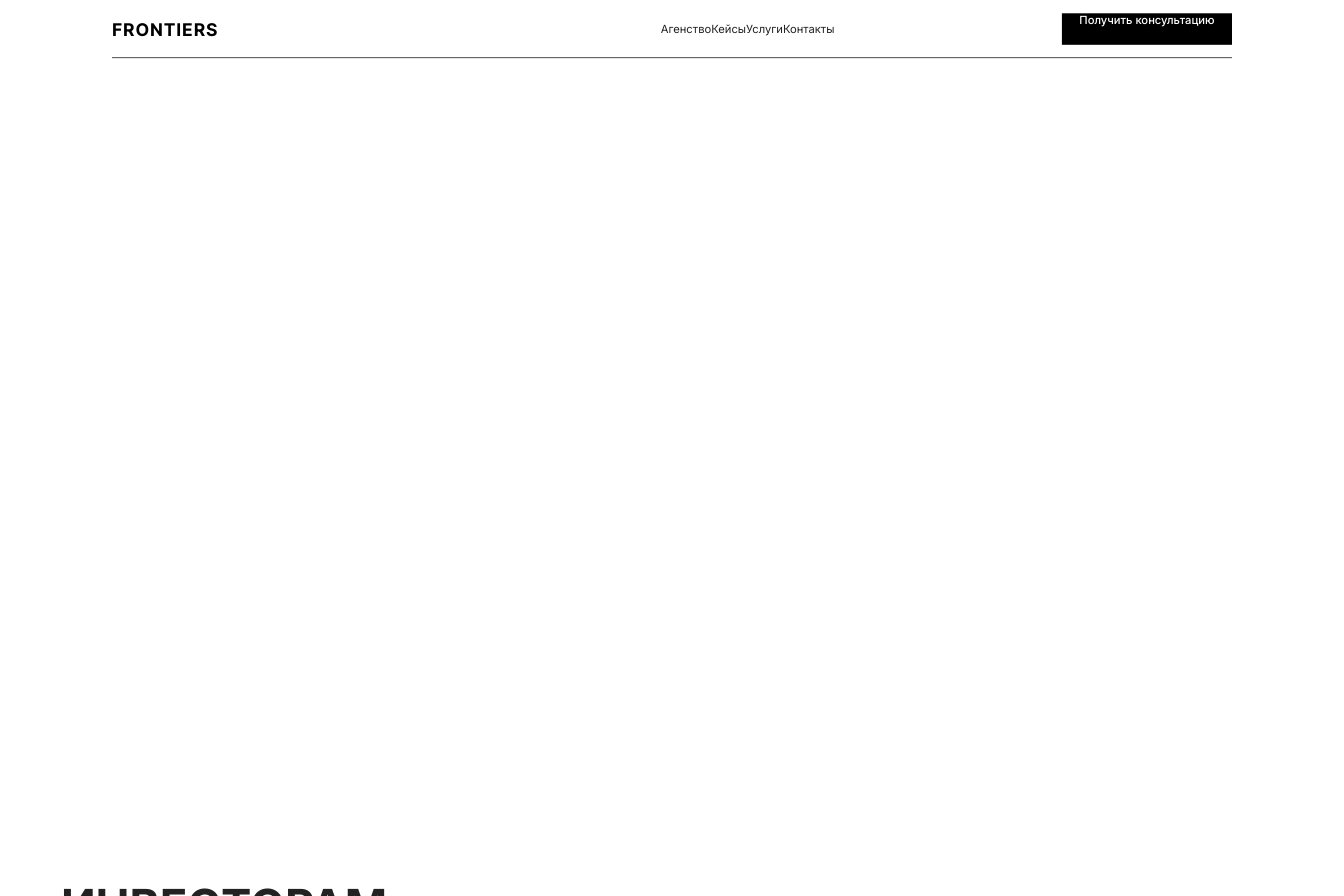
Repository: NadyaKorvin/frontiers
Page: /
These files come from the project's save history. The page is drawn as it stood at one moment and after the next save; the edit follows.
The browser window is 1280 px wide. The page is 1920 px wide, so the pictures cover 1920 px, including what lies to the right of the window. The pictures show the part of the page from y = 0 to 1280 px (the page is 1728 px tall), at 70% of full size.
The project was rebuilt for these pictures with package versions that can differ from the ones it lists, and the page was loaded fresh each time.

Above is the page before, as saved 2022-05-23 03:41:00.

After the next save:
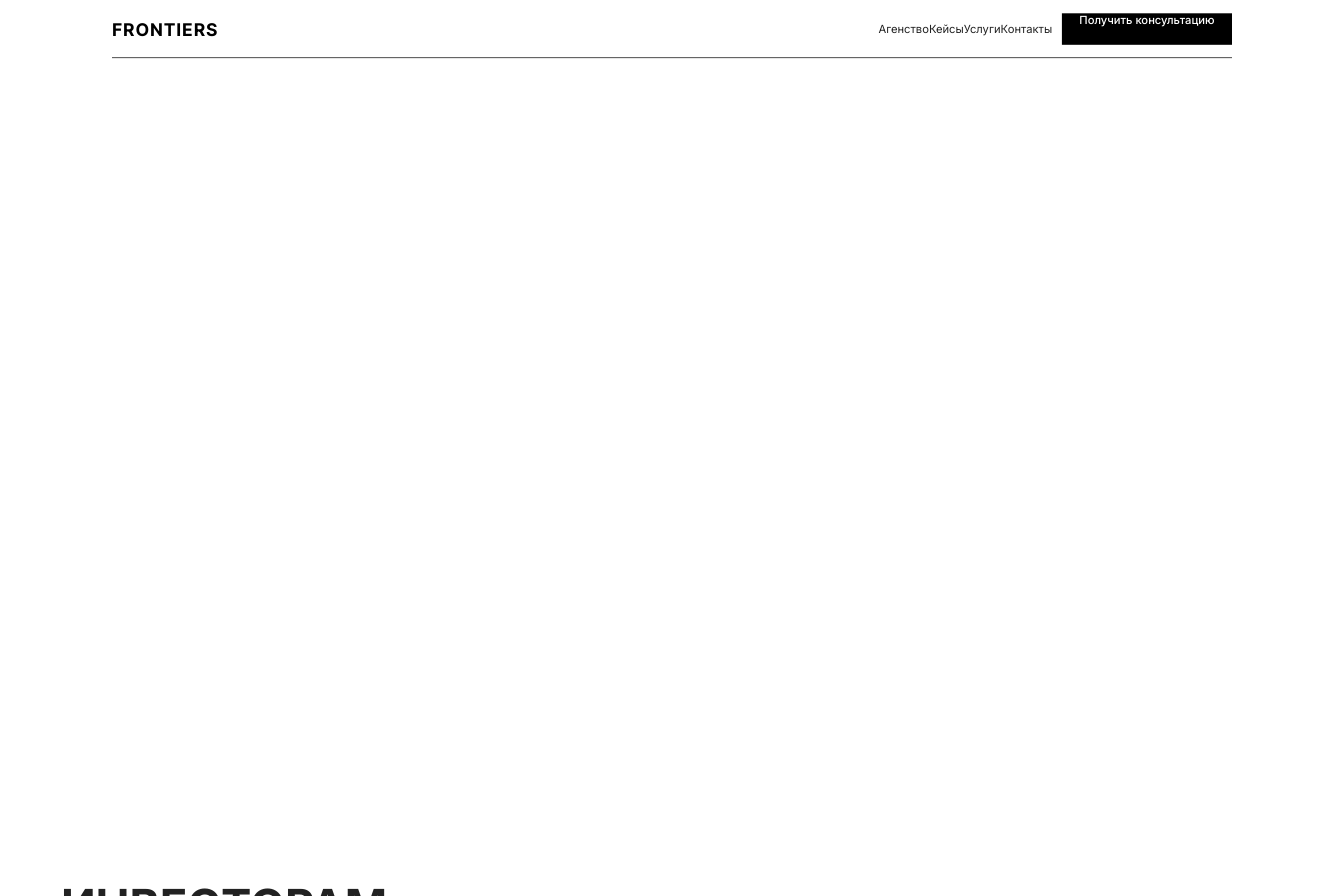
Saved 15 s later.
--- a/src/components/firstScreen/FirstScreen.module.css
+++ b/src/components/firstScreen/FirstScreen.module.css
@@ -29,7 +29,7 @@
 .nav__sidebar {
   display: flex;
   padding-top: 33px;
-  padding-left: 633px;
+  padding-left: 944px;
 }
 
 .button {

After the save that followed:
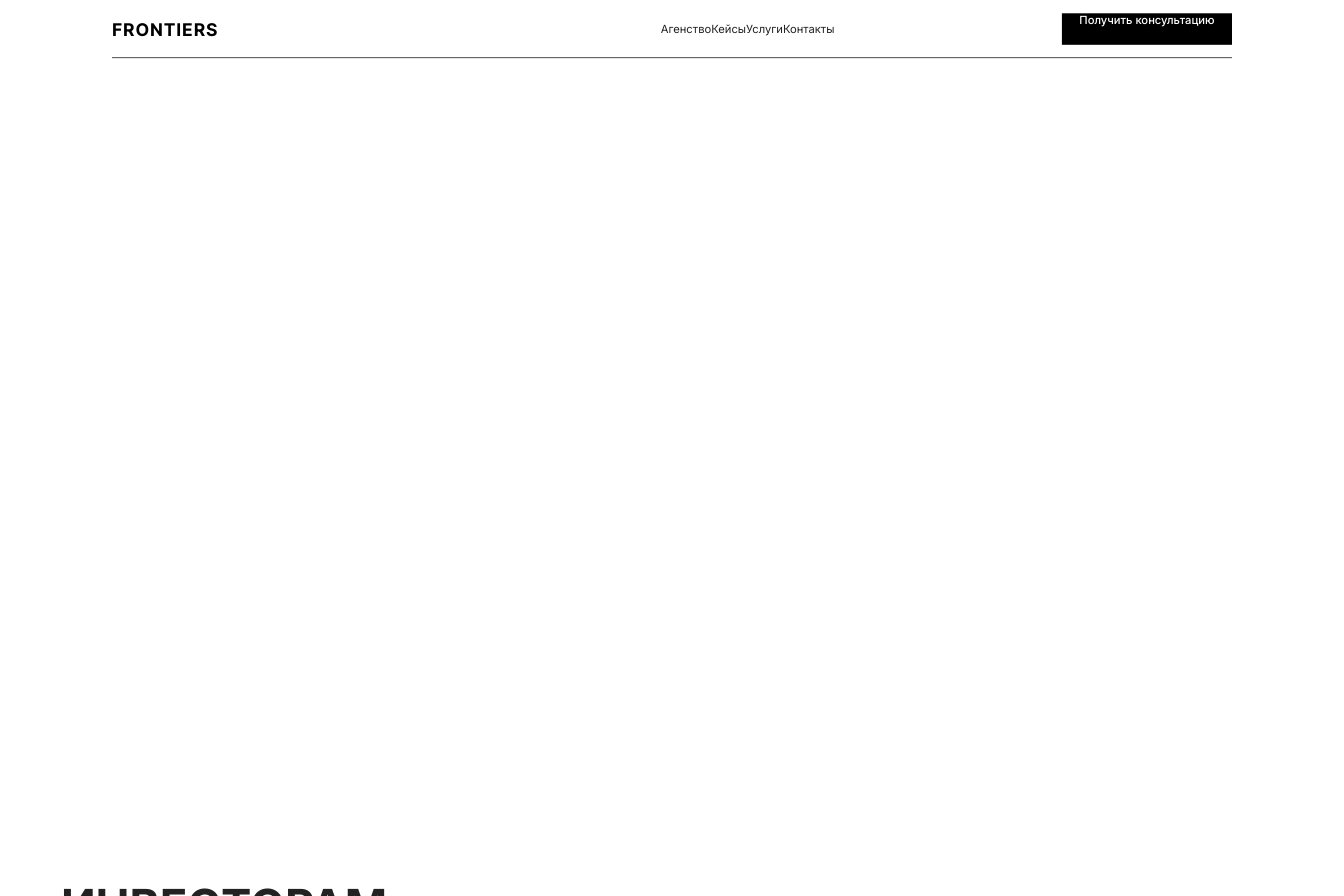
Saved 22 s later.
--- a/src/components/firstScreen/FirstScreen.module.css
+++ b/src/components/firstScreen/FirstScreen.module.css
@@ -29,7 +29,7 @@
 .nav__sidebar {
   display: flex;
   padding-top: 33px;
-  padding-left: 944px;
+  padding-left: 633px;
 }
 
 .button {
